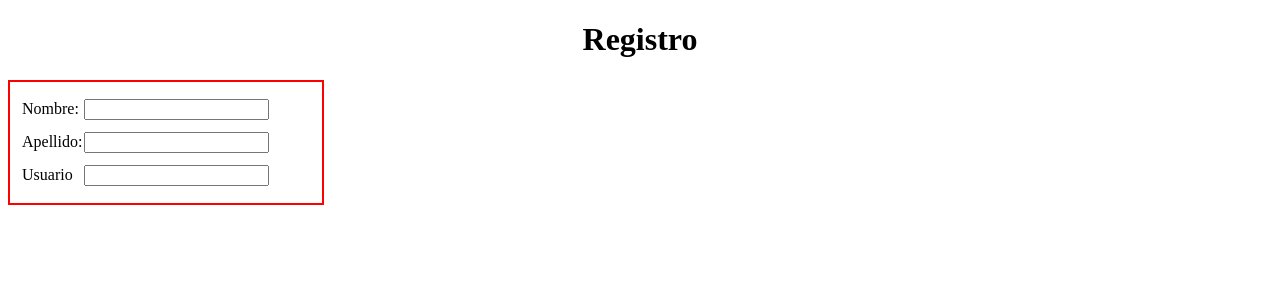
Repository: jchemile/varios
Page: pildoras_informaticas/javaee/Primeros_pasos_JSP/WebContent/Formuario_Login.html
These files come from the project's save history. The page is drawn as it stood at one moment and after the next save; the edit follows.
The browser window is 1280 px wide. The pictures show the whole page.

Above is the page before, as saved 2020-04-20 05:11:47.

After the next save:
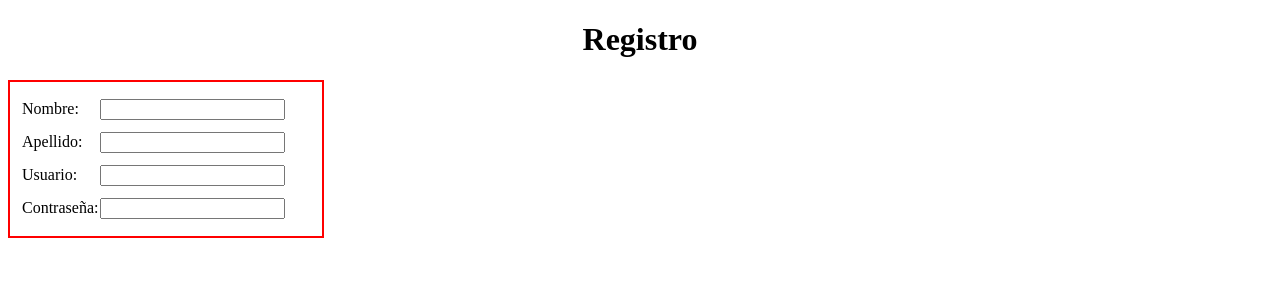
Saved 79 s later.
--- a/pildoras_informaticas/javaee/Primeros_pasos_JSP/WebContent/Formuario_Login.html
+++ b/pildoras_informaticas/javaee/Primeros_pasos_JSP/WebContent/Formuario_Login.html
@@ -39,8 +39,13 @@ td{
 	  </tr>
 
 	  <tr>
-	  	<td><label for = "usuario">Usuario</label></td>
+	  	<td><label for = "usuario">Usuario: </label></td>
 	  	<td><input type = "text" name = "usuario" id = "usuario"></td>
+	  </tr>
+
+	  <tr>
+	  	<td><label for = "contra">Contraseña: </label></td>
+	  	<td><input type = "text" name = "contra" id = "contra"></td>
 	  </tr>
 
 	</table>
